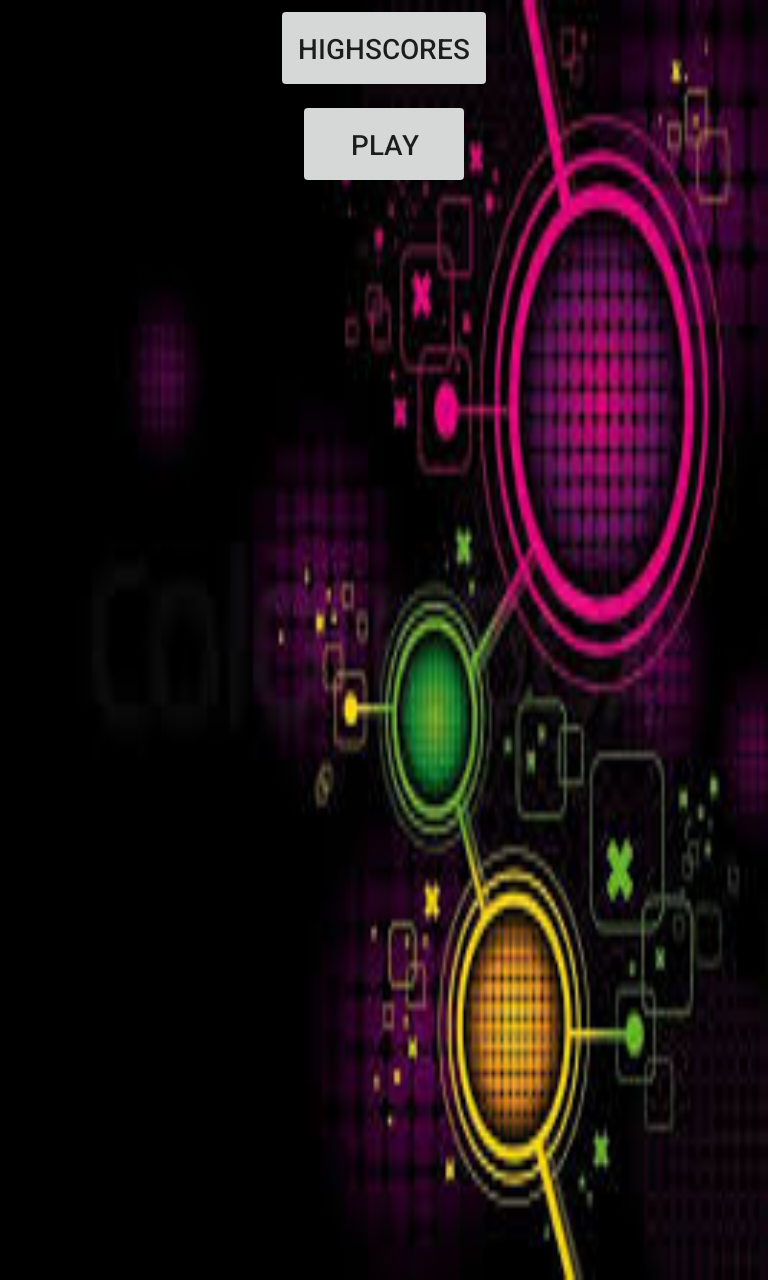
Repository: RedJaVa68/DirectionRunner
Layout: DirectionRunner/res/layout/activity_main.xml
An editor plug-in stored every save of this project. The layout is shown before and after the next save, followed by the edit.
It is drawn on a 768 x 1280 px phone screen (xhdpi) without system bars, with theme AppTheme; the app's code is not run.

Above is the layout before, as saved 2015-05-06 00:59:57.

After the next save:
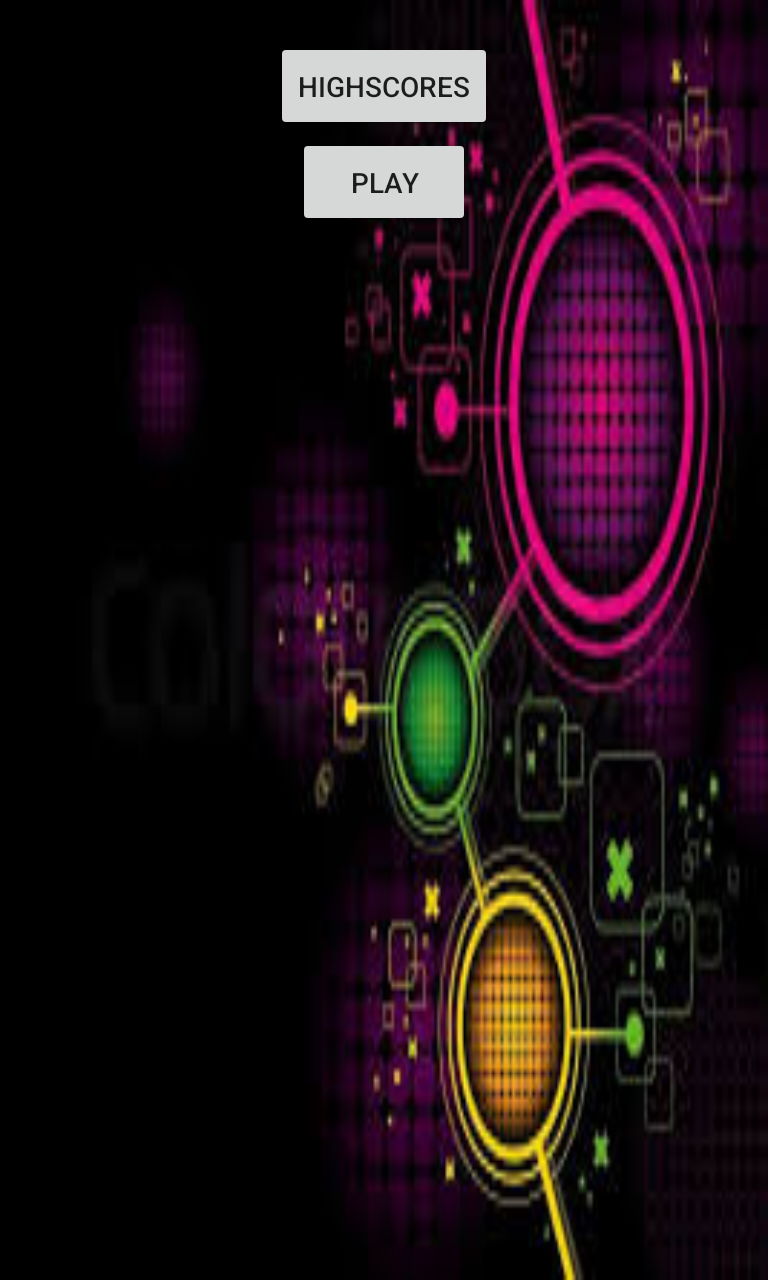
Saved 3 min 4 s later.
--- a/DirectionRunner/res/layout/activity_main.xml
+++ b/DirectionRunner/res/layout/activity_main.xml
@@ -6,6 +6,10 @@
     android:layout_width="fill_parent"
     android:layout_height="fill_parent"
     android:background="@drawable/bg">
+    <TextView
+        android:layout_width="fill_parent"
+        android:layout_height="wrap_content"
+        android:text="Direction Runner"/>
     <Button
         android:id="@+id/statsButton"
        	android:layout_width="wrap_content"
